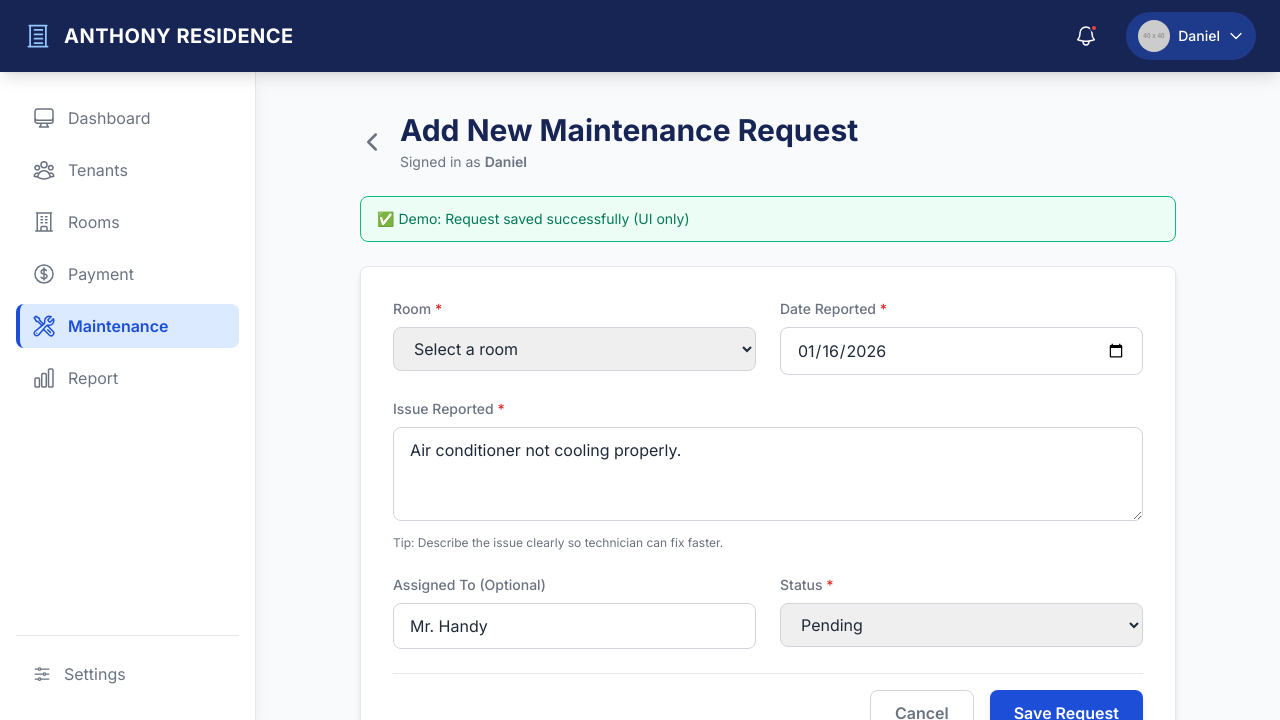
Repository: phyronsoftware-project/Room_Rental_Management_System
Page: http://localhost/maintenance/create
These files come from the project's save history. The page is drawn as it stood at one moment and after the next save; the edit follows.
The browser window is 1280 px wide. The pictures show the whole page.
An inner scrolling area shows only its first screen. Some web libraries are served in a nearby version. The page is served by the project's Laravel application, run on PHP 8.4 with Laravel 12.

Above is the page before, as saved 2026-01-16 21:39:38.

After the next save:
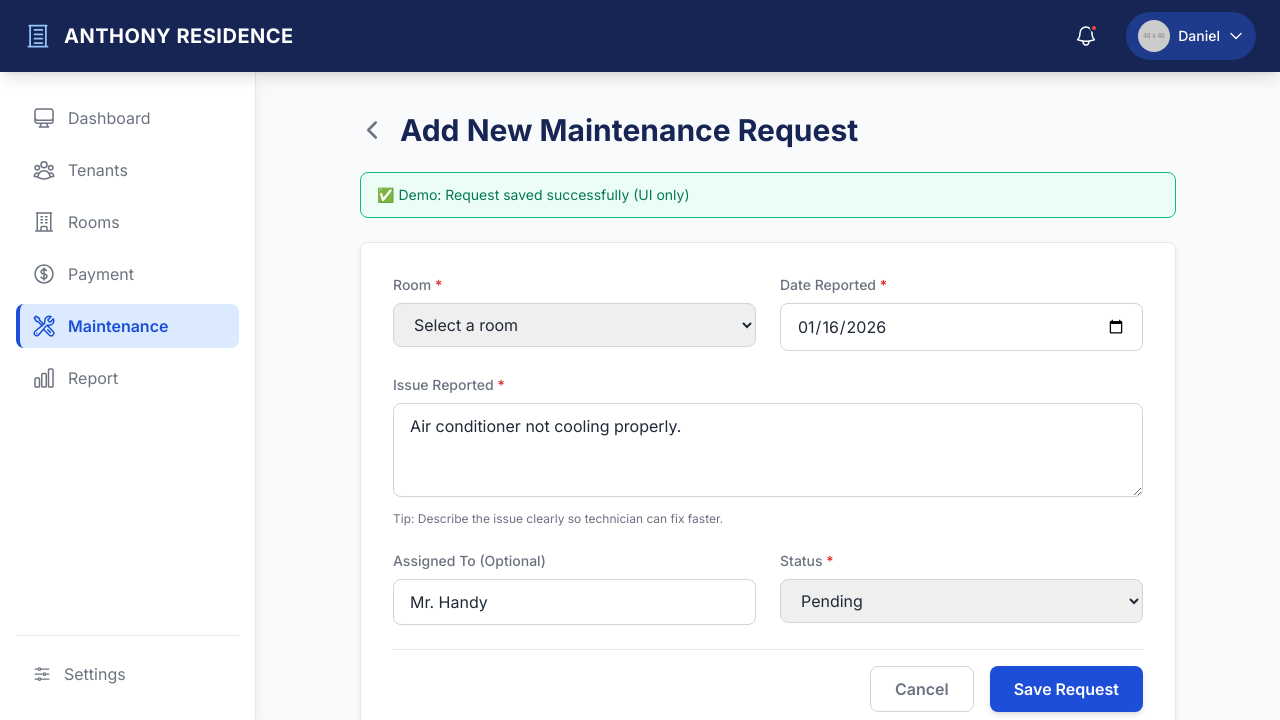
Saved 46 s later.
--- a/resources/views/maintenance/maintenance_create.blade.php
+++ b/resources/views/maintenance/maintenance_create.blade.php
@@ -34,7 +34,6 @@
 
       <div>
         <h1 class="text-3xl font-bold text-primary-dark">Add New Maintenance Request</h1>
-        <p class="text-sm text-text-mid mt-1">Signed in as <span class="font-semibold">{{ $admin_name }}</span></p>
       </div>
     </div>
 
